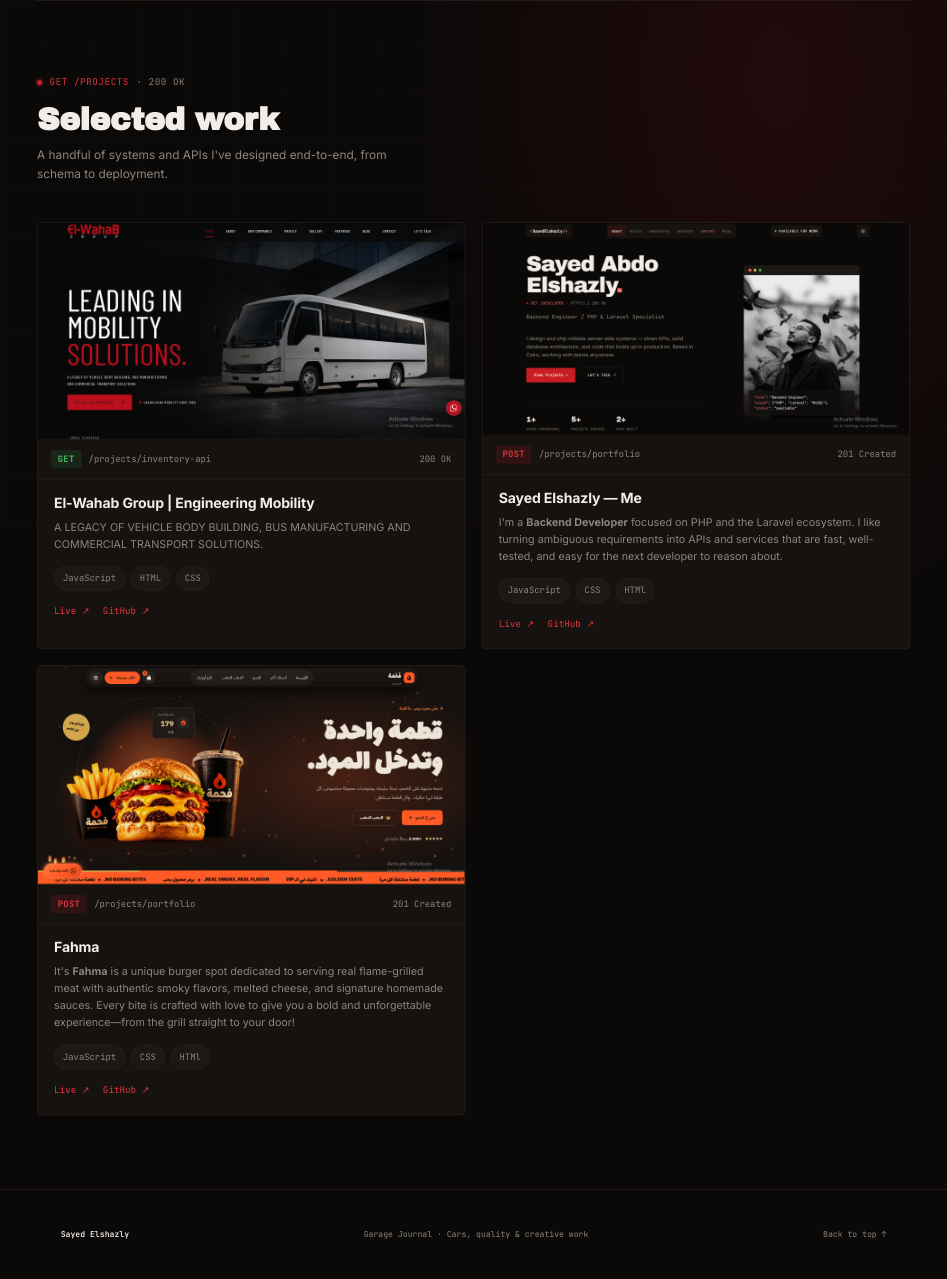
Repository: sayedelshazly/Portfolio.SE
Page: projects.html
An editor plug-in stored every save of this project. The page is shown before and after the next save, followed by the edit.
The browser window is 1280 px wide. The pictures show the whole page, at 74% of full size.

Above is the page before, as saved 2026-10-31 08:53:22.
Console error: TypeError: Cannot read properties of null (reading 'addEventListener')

### projects.html
<!doctype html>
<html lang="en" data-theme="dark">

<head>
    <meta charset="utf-8">
    <meta name="viewport" content="width=device-width, initial-scale=1">
    <meta name="description" content="Notes on cars, automotive quality, and content creation by Sayed Elshazly.">
    <title>Garage Journal — Sayed Elshazly</title>
    <script>
        (() => {
            try {
                const saved = localStorage.getItem('portfolio-theme');
                const light = saved ? saved === 'light' : matchMedia('(prefers-color-scheme: light)').matches;
                document.documentElement.dataset.theme = light ? 'light' : 'dark';
            } catch {
                /* Keep the default theme when storage is unavailable. */
            }
        })();
        document.documentElement.classList.add('is-loading');
        window.__pageLoadStartedAt = performance.now();
    </script>
    <link rel="preconnect" href="https://fonts.googleapis.com">
    <link rel="preconnect" href="https://fonts.gstatic.com" crossorigin>
    <link
        href="https://fonts.googleapis.com/css2?family=Archivo+Black&family=JetBrains+Mono:wght@400;500;600;700&family=Inter:wght@400;500;600;700;800&display=swap"
        rel="stylesheet">
    <link rel="stylesheet" href="style.css">
    <link rel="stylesheet" href="blog.css">
</head>

<body class="journal-page">
    <div class="preloader" id="preloader" role="status" aria-live="polite" aria-label="Loading journal">
        <div class="loader-content">
            <span class="loader-mark"><span>&lt;</span>SE<span>/&gt;</span></span>
            <span class="loader-spinner" aria-hidden="true"></span>
            <span class="loader-text">Opening the journal</span>
            <span class="loader-progress" aria-hidden="true"><span></span></span>
        </div>
    </div>

    <!-- ================= PROJECTS ================= -->
    <section class="projects wrap" id="projects">
        <div class="section-head">
            <div class="eyebrow">GET /projects <span class="status">· 200 OK</span></div>
            <h2>Selected work</h2>
            <p>A handful of systems and APIs I've designed end-to-end, from schema to deployment.</p>
        </div>
        <div class="project-grid">

            <div class="project-card">
                <figure class="project-visual">
                    <img src="./assets/blog/Screenshot (329)(1).png" alt="Illustrative inventory dashboard preview"
                        loading="lazy" decoding="async">
                </figure>
                <div class="pc-top">
                    <span class="method get">GET</span>
                    <span class="route">/projects/inventory-api</span>
                    <span class="status-code">200 OK</span>
                </div>
                <div class="pc-body">
                    <h3>El-Wahab Group | Engineering Mobility</h3>
                    <p>A LEGACY OF VEHICLE BODY BUILDING, BUS MANUFACTURING AND
                        COMMERCIAL TRANSPORT SOLUTIONS.</p>
                    <div class="tag-row" style="margin-bottom:18px;">
                        <span class="tag">JavaScript</span><span class="tag">HTML</span><span class="tag">CSS</span>
                    </div>
                    <div class="pc-links">
                        <!-- <a href="elwahab-groub.up.railway.app"></a> -->
                        <a href="https://elwahab-groub.vercel.app/" target="_blank" rel="noopener">Live ↗</a>
                        <a href="#">GitHub ↗</a>
                    </div>
                </div>
            </div>

            <div class="project-card">
                <figure class="project-visual">
                    <img src="./assets/blog/Screenshot (332)(1).png" alt="Illustrative booking calendar preview"
                        loading="lazy" decoding="async">
                </figure>
                <div class="pc-top">
                    <span class="method post">POST</span>
                    <span class="route">/projects/portfolio</span>
                    <span class="status-code">201 Created</span>
                </div>
                <div class="pc-body">
                    <h3>Sayed Elshazly — Me</h3>
                    <p>I'm a <b>Backend Developer</b> focused on PHP and the Laravel ecosystem. I like
                        turning ambiguous requirements into APIs and services that are fast, well-tested,
                        and easy for the next developer to reason about.</p>
                    <div class="tag-row" style="margin-bottom:18px;">
                        <span class="tag">JavaScript</span><span class="tag">CSS</span><span class="tag">HTMl</span>
                    </div>
                    <div class="pc-links">
                        <!-- <a href="https://selshazly-portfolio.up.railway.app">Live ↗</a> -->
                        <a href="https://portfoliosedev.vercel.app/" target="_blank">Live ↗</a>
                        <!-- <a href="https://selshazly-portfolio.up.railway.app" target="_blank" rel="noopener">Live ↗</a> -->

                        <a href="#">GitHub ↗</a>
                    </div>
                </div>
            </div>
            <div class="project-card">
                <figure class="project-visual">
                    <img src="./assets/blog/Screenshot (375)(1).png" alt="Illustrative booking calendar preview"
                        loading="lazy" decoding="async">
                </figure>
                <div class="pc-top">
                    <span class="method post">POST</span>
                    <span class="route">/projects/portfolio</span>
                    <span class="status-code">201 Created</span>
                </div>
                <div class="pc-body">
                    <h3>Fahma</h3>
                    <p>It's <b>Fahma</b> is a unique burger spot dedicated to serving real flame-grilled meat with
                        authentic smoky flavors, melted cheese, and signature homemade sauces. Every bite is crafted
                        with love to
                        give you a bold and unforgettable experience—from the grill straight to your door!</p>
                    <div class="tag-row" style="margin-bottom:18px;">
                        <span class="tag">JavaScript</span><span class="tag">CSS</span><span class="tag">HTMl</span>
                    </div>
                    <div class="pc-links">
                        <!-- <a href="https://selshazly-portfolio.up.railway.app">Live ↗</a> -->
                        <a href="https://fahma-lv.vercel.app" target="_blank">Live ↗</a>
                        <!-- <a href="https://selshazly-portfolio.up.railway.app" target="_blank" rel="noopener">Live ↗</a> -->

                        <a href="#">GitHub ↗</a>
                    </div>
                </div>
            </div>

        </div>
    </section>

    <footer class="journal-footer">
        <div class="wrap"><a href="index.html#top">Sayed Elshazly</a><span>Garage Journal · Cars, quality &amp; creative
                work</span><a href="#top">Back to top ↑</a></div>
    </footer>
    <script src="main.js"></script>
</body>

</html>

### blog.css
.journal-page {
    --journal-rule: color-mix(in srgb, var(--line) 78%, var(--text-muted));
    background:
        radial-gradient(ellipse at 82% 6%, color-mix(in srgb, var(--red-deep) 24%, transparent), transparent 34%),
        var(--bg-void);
}

.journal-page header {
    background: color-mix(in srgb, var(--bg-void) 95%, transparent);
}

.journal-page .journal-home {
    text-decoration: none;
}

.journal {
    max-width: 1280px;
    padding-top: 116px;
}

.journal-intro {
    display: grid;
    grid-template-columns: minmax(0, 1.35fr) minmax(270px, .65fr);
    align-items: end;
    gap: clamp(38px, 8vw, 110px);
    padding: 52px 0 46px;
}

.byline-label,
.feature-meta,
.aside-label,
.category-heading > span,
.story-kind,
.article-topic {
    color: var(--red-readable);
    font: 500 12px/1.5 var(--mono);
    letter-spacing: .08em;
    text-transform: uppercase;
}

.journal-heading h1 {
    max-width: 760px;
    font: 400 clamp(54px, 8vw, 100px)/.94 var(--display);
    letter-spacing: -.045em;
}

.journal-heading h1 > span:first-child { color: var(--text-muted); }
.journal-heading .accent { color: var(--red-readable); }

.journal-deck {
    max-width: 610px;
    margin-top: 26px;
    color: var(--text-muted);
    font-size: clamp(17px, 1.6vw, 20px);
    line-height: 1.65;
}

.journal-byline {
    padding: 0 0 4px 25px;
    border-left: 1px solid var(--journal-rule);
}

.byline-label { margin-bottom: 10px; }
.byline-name { margin-bottom: 8px; font-size: 20px; font-weight: 700; }
.journal-byline > p:not(.byline-label):not(.byline-name) { max-width: 34ch; color: var(--text-muted); font-size: 15px; }
.journal-byline a { display: inline-flex; gap: 9px; align-items: center; margin-top: 17px; color: var(--text-primary); font-size: 14px; font-weight: 600; }
.journal-byline a span { color: var(--red-readable); }

.journal-feature {
    display: grid;
    padding: 10px;
    grid-template-columns: minmax(0, 1.3fr) minmax(260px, .7fr);
    border-block: 1px solid var(--journal-rule);
    background: color-mix(in srgb, var(--bg-surface) 72%, transparent);
}

.feature-copy { padding: clamp(26px, 4vw, 52px) clamp(24px, 5vw, 64px) clamp(26px, 4vw, 48px) 0; }
.feature-meta { display: flex; flex-wrap: wrap; gap: 8px 22px; }
.feature-meta span + span { color: var(--text-muted); }
.feature-copy h2 { max-width: 650px; margin: 18px 0 14px; font: 400 clamp(30px, 4.2vw, 51px)/1.08 var(--display); letter-spacing: -.035em; }
.feature-copy > p { max-width: 62ch; color: var(--text-muted); font-size: 16px; line-height: 1.7; }
.feature-link { display: inline-flex; align-items: center; gap: 14px; margin-top: 23px; color: var(--text-primary); font-weight: 600; }
.feature-link span { color: var(--red-readable); transition: transform .2s ease; }
.feature-link:hover span { transform: translate(3px, 3px); }

.feature-aside {
    display: flex;
    flex-direction: column;
    justify-content: space-between;
    padding: 30px clamp(22px, 3vw, 40px);
    border-left: 1px solid var(--journal-rule);
    background: color-mix(in srgb, var(--bg-surface-2) 55%, transparent);
}

.feature-aside ul { margin: 22px 0; }
.feature-aside li { display: flex; gap: 13px; align-items: baseline; padding: 14px 0; border-top: 1px solid var(--line); font-size: 14px; }
.feature-aside li span { color: var(--red-readable); font: 500 12px var(--mono); }
.aside-note { max-width: 31ch; color: var(--text-muted); font-size: 13px; }

.journal-archive { padding: 68px 0 76px; }
.archive-heading,
.reading-heading { display: flex; justify-content: space-between; align-items: baseline; gap: 24px; margin-bottom: 27px; }
.archive-heading h2,
.reading-heading h2 { font-family: var(--display); font-size: 34px; font-weight: 400; line-height: 1.15; letter-spacing: -.025em; }
.archive-heading p,
.reading-heading p { color: var(--text-muted); font-size: 14px; }

.journal-categories { display: grid; grid-template-columns: repeat(3, minmax(0, 1fr)); gap: clamp(22px, 4vw, 54px); }
.journal-category { border-top: 2px solid var(--red-primary); padding-top: 15px; }
.category-heading { display: flex; justify-content: space-between; gap: 12px; align-items: baseline; margin-bottom: 11px; }
.category-heading h3 { font: 400 21px/1.2 var(--display); letter-spacing: -.02em; }
.category-heading > span { color: var(--text-muted); font-size: 11px; }
.archive-story { position: relative; display: grid; grid-template-columns: minmax(0, 1fr) auto; gap: 6px 12px; align-items: center; padding: 15px 6px 14px 0; border-bottom: 1px solid var(--line); }
.story-title { max-width: 28ch; font-size: 15px; line-height: 1.4; font-weight: 600; transition: color .18s ease; }
.story-kind { color: var(--text-muted); font-size: 11px; }
.story-arrow { grid-column: 2; grid-row: 1 / 3; color: var(--red-readable); font-size: 17px; transition: transform .18s ease; }
.archive-story:hover .story-title { color: var(--red-readable); }
.archive-story:hover .story-arrow { transform: translate(3px, -3px); }

.journal-reading { padding: 58px 0 40px; border-top: 1px solid var(--journal-rule); }
.reading-list { display: grid; grid-template-columns: repeat(2, minmax(0, 1fr)); column-gap: clamp(30px, 7vw, 94px); }
.journal-article { scroll-margin-top: 106px; padding: 30px 0 32px; border-top: 1px solid var(--line); }
.journal-article:nth-child(odd) { padding-right: 16px; }
.journal-article:nth-child(even) { padding-left: 16px; }
.article-topic { margin-bottom: 10px; font-size: 11px; }
.article-topic span { color: var(--text-muted); }
.journal-article h3 { max-width: 22ch; margin-bottom: 14px; font-family: var(--display); font-size: 28px; font-weight: 400; line-height: 1.18; letter-spacing: -.025em; }
.journal-article > p:not(.article-topic) { max-width: 65ch; margin-top: 11px; color: var(--text-muted); font-size: 15px; line-height: 1.75; }

.journal-close { display: flex; justify-content: space-between; align-items: center; gap: 20px; margin: 22px 0 0; padding: 24px 0; border-top: 1px solid var(--journal-rule); }
.journal-close p { color: var(--text-muted); font-size: 15px; }
.journal-close a { display: inline-flex; align-items: center; gap: 10px; min-height: 44px; padding: 0 17px; border: 1px solid var(--journal-rule); font-weight: 600; }
.journal-close a span { color: var(--red-readable); }
.journal-close a:hover { border-color: var(--red-primary); background: var(--bg-surface); }

.journal-footer { border-top: 1px solid var(--line); }
.journal-footer .wrap { display: flex; justify-content: space-between; gap: 20px; padding-top: 23px; padding-bottom: 26px; color: var(--text-muted); font: 11px/1.5 var(--mono); }
.journal-footer a:first-child { color: var(--text-primary); font-weight: 600; }
.journal-footer a:hover { color: var(--red-readable); }

.journal-page .nav-links a[aria-current="page"] { color: var(--text-primary); }
.journal-page .nav-links a[aria-current="page"]::after { width: 100%; }
.journal-page .nav-links li:not(.nav-close-item) { padding-bottom: 8px; }

@media (min-width: 921px) {
    .journal-page .nav-links a[aria-current="page"] { border-color: color-mix(in srgb, var(--red-primary) 35%, transparent); background: color-mix(in srgb, var(--red-primary) 14%, transparent); }
    .journal-page .nav-links a[href="index.html#contact"] { color: var(--text-muted); }
}

@media (max-width: 920px) {
    .journal { padding-top: 95px; }
    .journal-intro { grid-template-columns: minmax(0, 1fr) minmax(220px, .6fr); gap: 34px; padding-top: 44px; }
    .journal-categories { gap: 24px; }
}

@media (max-width: 700px) {
    .journal-intro { grid-template-columns: 1fr; gap: 28px; padding: 40px 0 32px; }
    .journal-heading h1 { font-size: clamp(54px, 13vw, 82px); }
    .journal-deck { margin-top: 20px; font-size: 17px; }
    .journal-byline { padding: 0 0 0 17px; }
    .journal-feature { grid-template-columns: 1fr; }
    .feature-copy { padding: 25px 0 28px; }
    .feature-copy h2 { font-size: clamp(30px, 8vw, 43px); }
    .feature-aside { border-left: 0; border-top: 1px solid var(--journal-rule); padding: 22px 18px; }
    .feature-aside ul { margin: 12px 0; }
    .journal-categories { grid-template-columns: 1fr; gap: 32px; }
    .journal-archive { padding: 50px 0 54px; }
    .archive-heading, .reading-heading { display: block; }
    .archive-heading h2, .reading-heading h2 { font-size: 30px; }
    .journal-article h3 { font-size: 25px; }
    .archive-heading p, .reading-heading p { margin-top: 8px; }
    .reading-list { grid-template-columns: 1fr; }
    .journal-article:nth-child(odd), .journal-article:nth-child(even) { padding-right: 0; padding-left: 0; }
    .journal-close { align-items: flex-start; flex-direction: column; }
    .journal-footer .wrap { flex-wrap: wrap; }
}

@media (prefers-reduced-motion: reduce) {
    .feature-link span, .story-title, .story-arrow { transition: none; }
}

Loaded but not shown: main.js (76 lines, source omitted); style.css (2091 lines, source omitted)

After the next save:
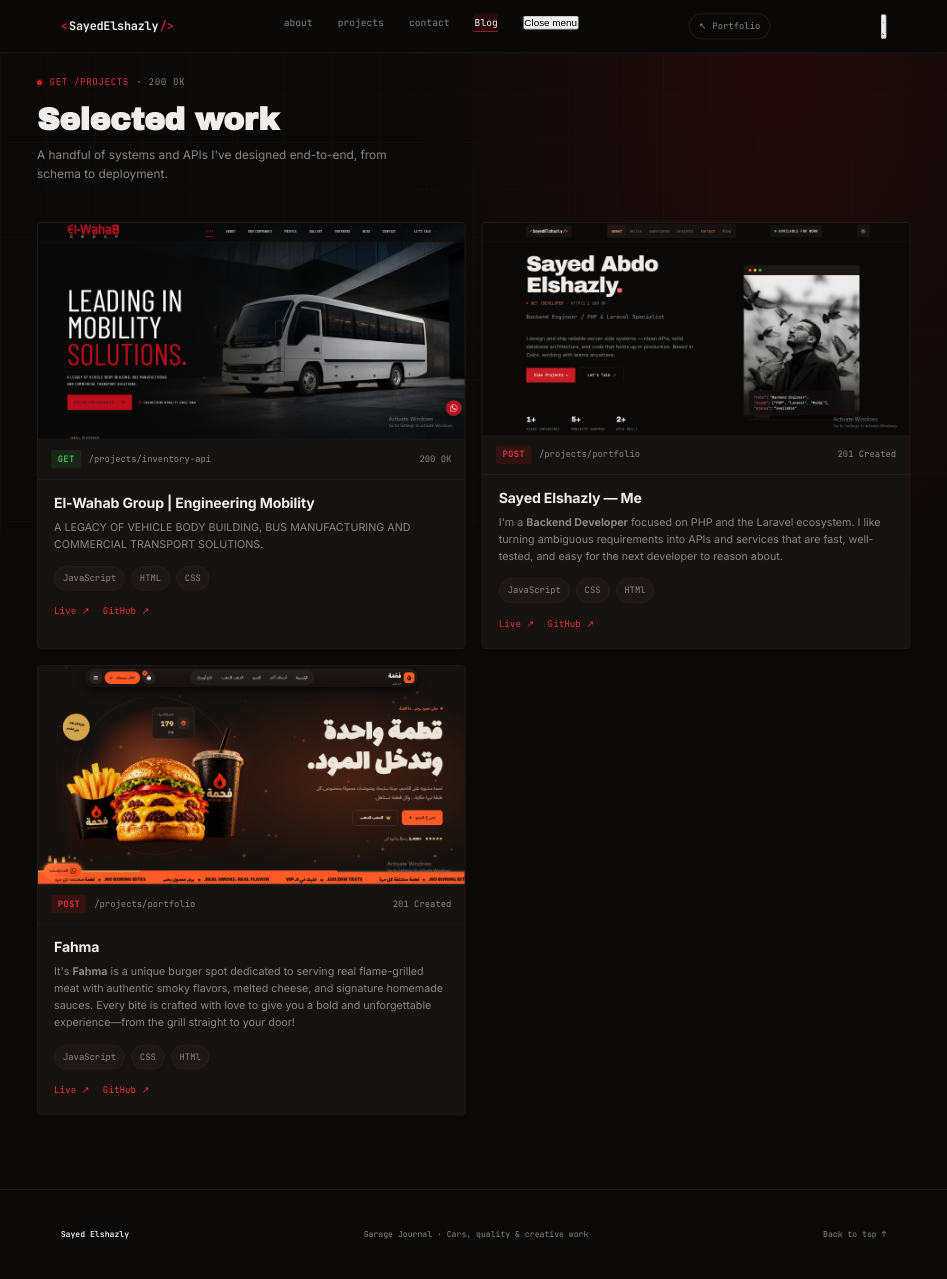
Saved 7 min 0 s later.
--- a/projects.html
+++ b/projects.html
@@ -30,13 +30,35 @@
 
 <body class="journal-page">
     <div class="preloader" id="preloader" role="status" aria-live="polite" aria-label="Loading journal">
-        <div class="loader-content">
-            <span class="loader-mark"><span>&lt;</span>SE<span>/&gt;</span></span>
-            <span class="loader-spinner" aria-hidden="true"></span>
-            <span class="loader-text">Opening the journal</span>
-            <span class="loader-progress" aria-hidden="true"><span></span></span>
-        </div>
+    <div class="loader-content">
+      <span class="loader-mark"><span>&lt;</span>SE<span>/&gt;</span></span>
+      <span class="loader-spinner" aria-hidden="true"></span>
+      <span class="loader-text">Opening the journal</span>
+      <span class="loader-progress" aria-hidden="true"><span></span></span>
     </div>
+  </div>
+
+  <header>
+    <div class="reading-progress" aria-hidden="true"><span id="readingProgress"></span></div>
+    <nav aria-label="Main navigation">
+      <a class="logo" href="index.html#top" aria-label="Sayed Elshazly, portfolio home"><span class="br">&lt;</span>SayedElshazly<span class="br">/&gt;</span></a>
+      <button class="nav-toggle" type="button" aria-expanded="false" aria-controls="journal-navigation" aria-label="Open navigation">
+        <span></span><span></span>
+      </button>
+      <ul class="nav-links" id="journal-navigation">
+        <li><a href="index.html#about">about</a></li>
+        <li><a href="index.html#projects">projects</a></li>
+        <li><a href="index.html#contact">contact</a></li>
+        <li><a href="blog.html" aria-current="page">Blog</a></li>
+        <li class="nav-close-item"><button class="nav-close" type="button">Close menu</button></li>
+      </ul>
+      <a class="status-pill journal-home" href="index.html#top"><span aria-hidden="true">↖</span><span class="label">Portfolio</span></a>
+      <button class="theme-toggle" id="themeToggle" type="button" aria-label="Switch to light mode" title="Switch to light mode">
+        <svg class="theme-icon-sun" viewBox="0 0 24 24" aria-hidden="true" focusable="false"><circle cx="12" cy="12" r="4"></circle><path d="M12 2v2m0 16v2M4.93 4.93l1.42 1.42m11.3 11.3 1.42 1.42M2 12h2m16 0h2M4.93 19.07l1.42-1.42m11.3-11.3 1.42-1.42"></path></svg>
+        <svg class="theme-icon-moon" viewBox="0 0 24 24" aria-hidden="true" focusable="false"><path d="M20.2 15.1A8.5 8.5 0 0 1 8.9 3.8 8.6 8.6 0 1 0 20.2 15.1Z"></path></svg>
+      </button>
+    </nav>
+  </header>
 
     <!-- ================= PROJECTS ================= -->
     <section class="projects wrap" id="projects">
